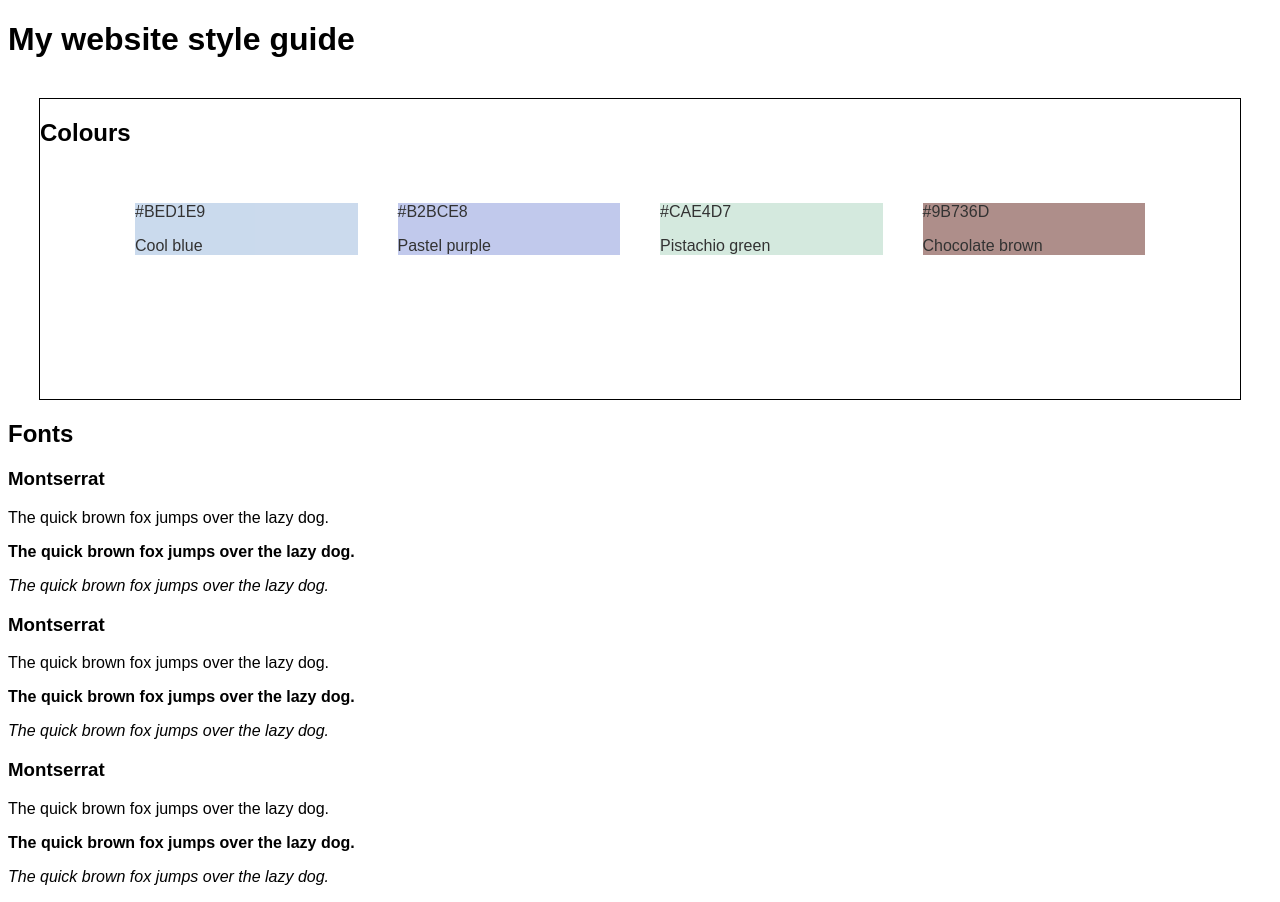
Repository: nazaninrizvi/codecademy
Page: Javascript/website-design-system/index.html
These files come from the project's save history. The page is drawn as it stood at one moment and after the next save; the edit follows.
The browser window is 1280 px wide. The pictures show the whole page.
Some web fonts or font styles are not loaded; a fallback is used.

Above is the page before, as saved 2021-11-26 17:07:50.

### Javascript/website-design-system/index.html
<!DOCTYPE html>
<html>
    <head>
        <title>My website style guide</title>
        <link rel="stylesheet" href="styles.css" type="text/css" />
    </head>
    <body>
        <h1>My website style guide</h1>
        <div id="colors">
            <div class="colors-container">
                <h2>Colours</h2>
                <div class="colcontainer">
                    <div class="cols"><div id="coolblue">
                        <p>#BED1E9</p>
                        <p>Cool blue</p>
                    </div></div>

                    <div class="cols"><div id="pastelPurple">
                        <p>#B2BCE8</p>
                        <p>Pastel purple</p>
                    </div></div>

                    <div class="cols"><div id="pistachio">
                        <p>#CAE4D7</p>
                        <p>Pistachio green</p>
                    </div></div>

                    <div class="cols"><div id="brown">
                        <p>#9B736D</p>
                        <p>Chocolate brown</p>
                    </div></div>
                </div>
            </div>
        </div>
        <div id="fonts">
           <h2>Fonts</h2>
           <div class="fontcontainer">
               <div class='font' id="montserrat">
                   <h3>Montserrat</h3>
                    <p>The quick brown fox jumps over the lazy dog.</p>
                    <p><b>The quick brown fox jumps over the lazy dog.</b></p>
                    <p><i>The quick brown fox jumps over the lazy dog.</i></p>                </i></p>
                </div>

                <div class='font' id="nanum">
                    <h3>Montserrat</h3>
                     <p>The quick brown fox jumps over the lazy dog.</p>
                     <p><b>The quick brown fox jumps over the lazy dog.</b></p>
                     <p><i>The quick brown fox jumps over the lazy dog.</i></p>                </i></p>
                </div>

                <div class='font' id="sourceSerif">
                    <h3>Montserrat</h3>
                     <p>The quick brown fox jumps over the lazy dog.</p>
                     <p><b>The quick brown fox jumps over the lazy dog.</b></p>
                     <p><i>The quick brown fox jumps over the lazy dog.</i></p>                </i></p>
                 </div>
           </div>
        </div>
    </body>
</html>

### Javascript/website-design-system/styles.css
*{
    font-family: 'Montserrat', sans-serif;
}

.colors-container{
    height: 300px;
    max-width: 1200px;
    margin: 40px auto auto auto;
    border: 1px solid black;
  }

  .colcontainer{
    max-width: 1050px;
    margin: 15px auto auto auto;
    display: flex;
    justify-content: space-between;
  }

  .cols{
    height: 300px;
    padding: 20px;
    margin-bottom: auto;
    flex-basis: 30%;
    box-sizing: border-box;
    opacity: 0.8;
  }

#coolblue{
    background-color: #bed1e9;
  }

#pastelPurple{
    background-color: #B2BCE8;
}

#pistachio{
    background-color: #CAE4D7;
}

#brown{
    background-color: #9B736D;
}

After the next save:
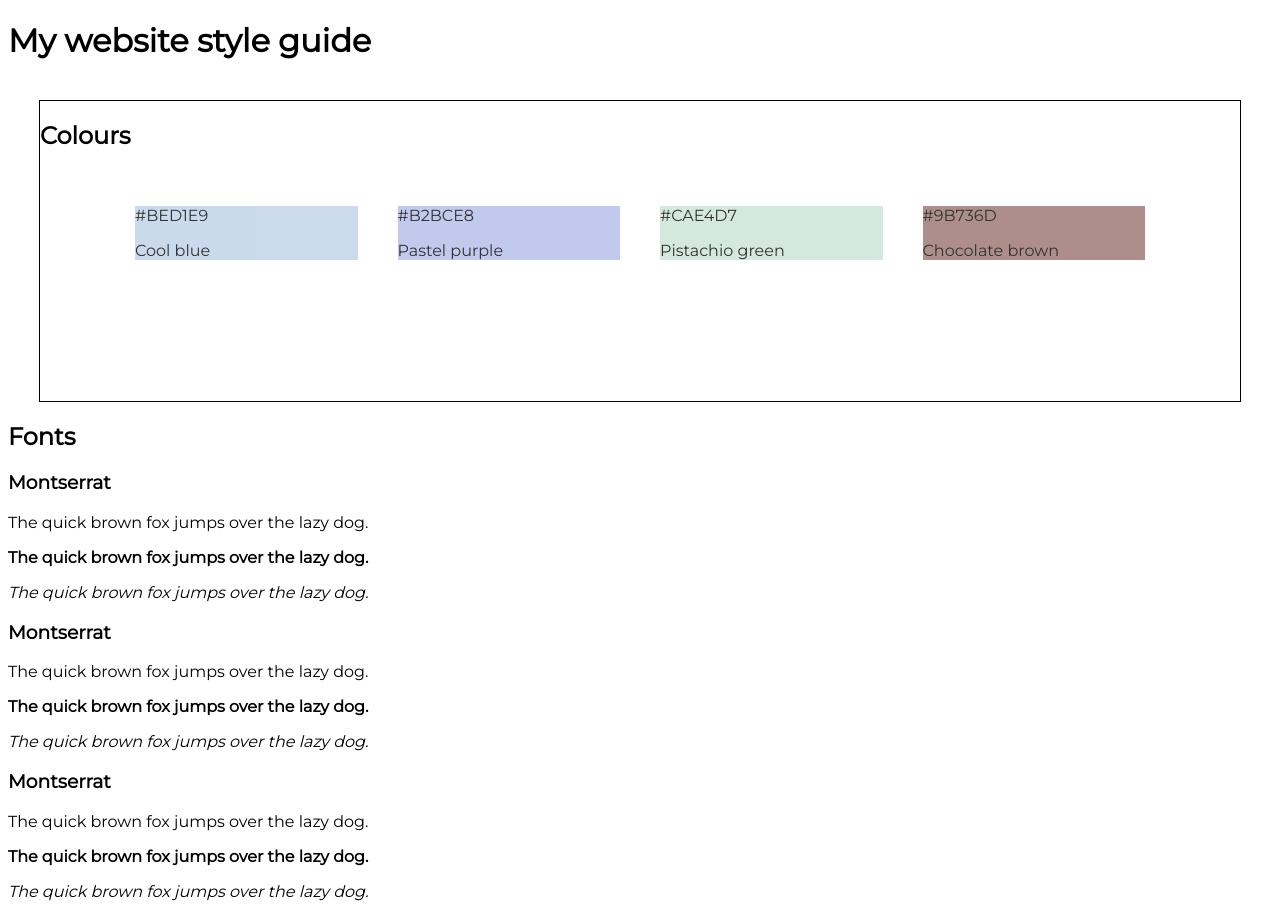
Saved 53 s later.
--- a/Javascript/website-design-system/index.html
+++ b/Javascript/website-design-system/index.html
@@ -3,6 +3,9 @@
     <head>
         <title>My website style guide</title>
         <link rel="stylesheet" href="styles.css" type="text/css" />
+        <link rel="preconnect" href="https://fonts.googleapis.com">
+<link rel="preconnect" href="https://fonts.gstatic.com" crossorigin>
+<link href="https://fonts.googleapis.com/css2?family=Montserrat&family=Nanum+Gothic&family=Source+Serif+Pro:ital,wght@1,300&display=swap" rel="stylesheet">
     </head>
     <body>
         <h1>My website style guide</h1>
